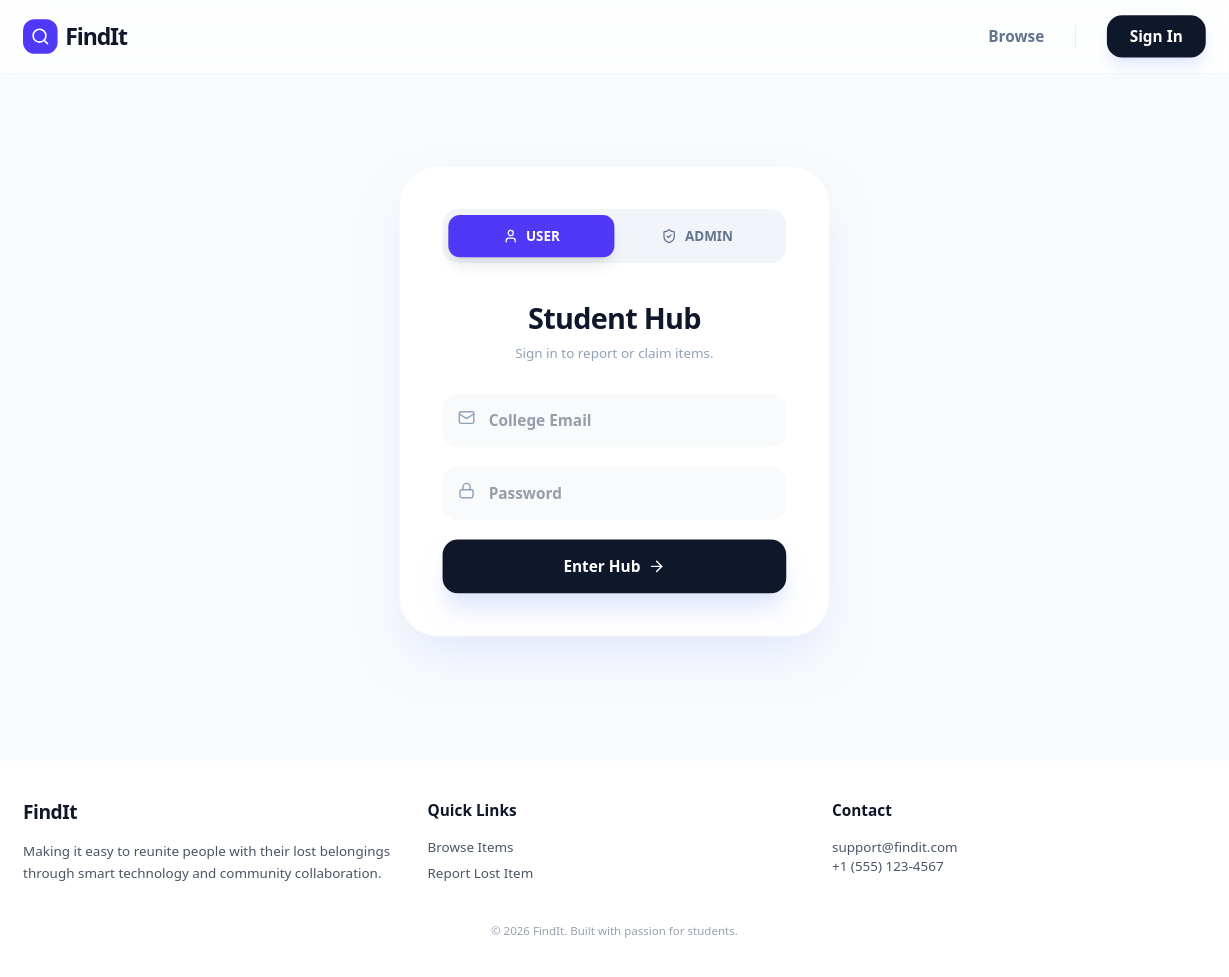
Repository: roygaurav007/lost-and-found
Page: /login (app in Frontend/client/)
An editor plug-in stored every save of this project. The page is shown before and after a run of saves, followed by the edit.
The browser window is 1280 px wide. The pictures show the whole page, at 96% of full size.
The project was rebuilt for these pictures with package versions that can differ from the ones it lists, and the page was loaded fresh each time. Also part of the build but not shown: Frontend/client/vite.config.js, Frontend/client/src/pages/Home.jsx, Frontend/client/src/utils/formSchemas.js, Frontend/client/src/pages/ReportItem.jsx, Frontend/client/src/pages/BrowseItems.jsx, Frontend/client/src/pages/AdminDashboard.jsx, Frontend/client/src/pages/UserDashboard.jsx.

Above is the page before, as saved 2026-02-02 16:58:14.

After the next 2 saves:
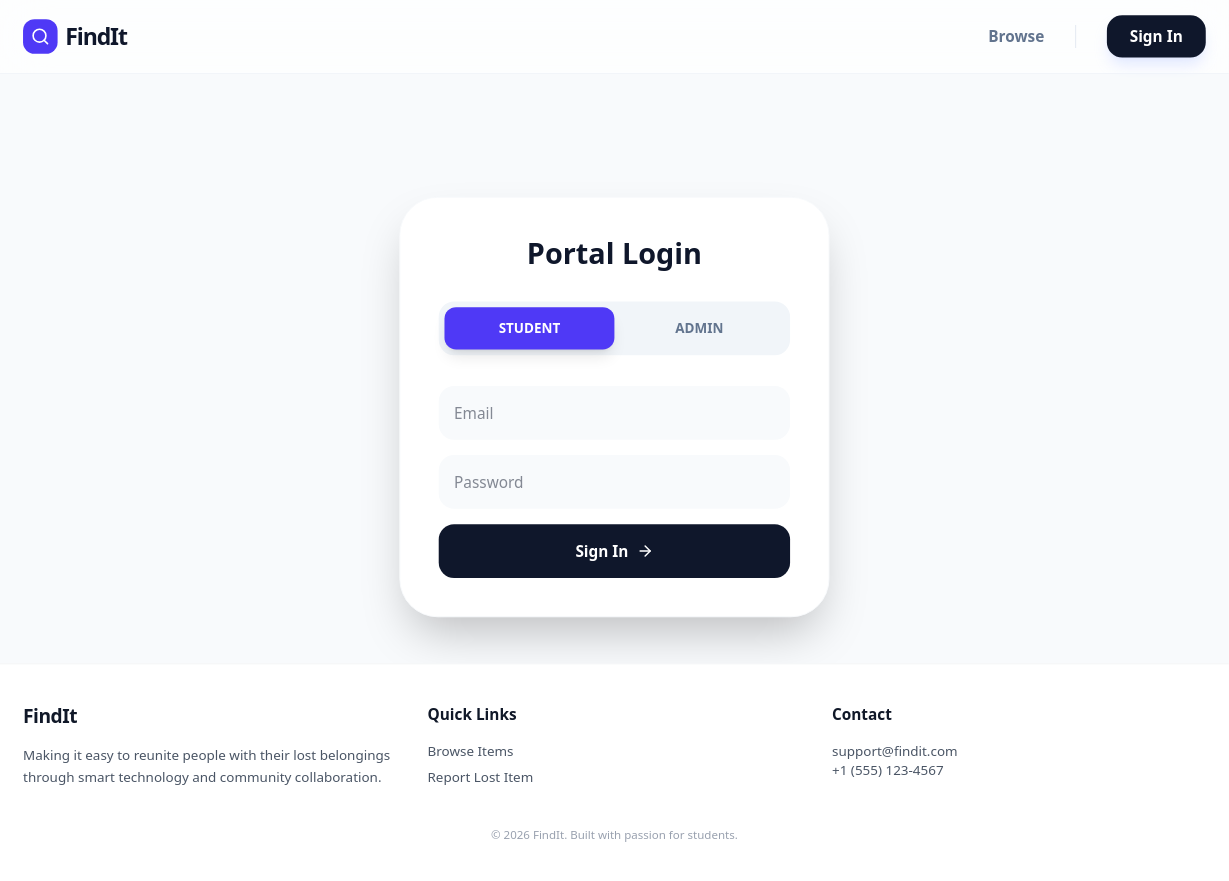
The 2 saves are shown as one change because they came seconds apart.
The last was saved 2 min 9 s later.
--- a/Frontend/client/src/pages/Login.jsx
+++ b/Frontend/client/src/pages/Login.jsx
@@ -1,75 +1,59 @@
 import { useState } from 'react';
-import { motion, AnimatePresence } from 'framer-motion';
-import { User, ShieldCheck, Lock, Mail, ArrowRight } from 'lucide-react';
-import toast from 'react-hot-toast';
+import { useNavigate } from 'react-router-dom';
+import { motion } from 'framer-motion';
+import { User, ShieldCheck, ArrowRight } from 'lucide-react';
 
-const Login = () => {
-  const [role, setRole] = useState('user'); // 'user' or 'admin'
+const Login = ({ onLogin }) => {
+  const [role, setRole] = useState('user'); // Toggle between student and admin
+  const navigate = useNavigate();
 
   const handleLogin = (e) => {
     e.preventDefault();
+
+    // 💡 1. This tells App.jsx to update the 'user' state
+    onLogin(role);
+
+    // 💡 2. This physically moves you to the new page
     if (role === 'admin') {
-      toast.success("Admin Portal Accessed");
-      // Logic to redirect to /admin will go here
+      navigate('/admin');
     } else {
-      toast.success("Welcome, User!");
-      // Logic to redirect to /report will go here
+      navigate('/student-hub');
     }
   };
 
   return (
-    <div className="max-w-md mx-auto mt-12 mb-20">
-      <motion.div
-        initial={{ opacity: 0, y: 20 }} animate={{ opacity: 1, y: 0 }}
-        className="bg-white p-1 rounded-[2.5rem] shadow-2xl shadow-indigo-100 border border-slate-50"
-      >
-        <div className="bg-white p-10 rounded-[2.3rem]">
-          {/* Role Switcher */}
-          <div className="flex bg-slate-100 p-1.5 rounded-2xl mb-10 relative">
-            <motion.div
-              animate={{ x: role === 'user' ? 0 : '100%' }}
-              className="absolute top-1.5 bottom-1.5 left-1.5 w-[calc(50%-6px)] bg-indigo-600 rounded-xl shadow-lg"
-            />
-            <button
-              onClick={() => setRole('user')}
-              className={`flex-1 py-3 text-sm font-black z-10 transition-colors flex items-center justify-center gap-2 ${role === 'user' ? 'text-white' : 'text-slate-500'}`}
-            >
-              <User size={16} /> USER
-            </button>
-            <button
-              onClick={() => setRole('admin')}
-              className={`flex-1 py-3 text-sm font-black z-10 transition-colors flex items-center justify-center gap-2 ${role === 'admin' ? 'text-white' : 'text-slate-500'}`}
-            >
-              <ShieldCheck size={16} /> ADMIN
-            </button>
-          </div>
+    <div className="max-w-md mx-auto mt-20">
+      <div className="bg-white p-10 rounded-[2.5rem] shadow-2xl border border-slate-50">
+        <h2 className="text-3xl font-black text-center mb-8">Portal Login</h2>
 
-          <div className="text-center mb-8">
-            <h2 className="text-3xl font-black text-slate-900 tracking-tight">
-              {role === 'admin' ? 'Staff Portal' : 'Student Hub'}
-            </h2>
-            <p className="text-slate-400 font-medium text-sm mt-2">
-              {role === 'admin' ? 'Secure access for verifiers only.' : 'Sign in to report or claim items.'}
-            </p>
-          </div>
+        {/* Role Selector */}
+        <div className="flex bg-slate-100 p-1.5 rounded-2xl mb-8 relative">
+          <motion.div
+            animate={{ x: role === 'user' ? 0 : '100%' }}
+            className="absolute top-1.5 bottom-1.5 left-1.5 w-[calc(50%-6px)] bg-indigo-600 rounded-xl shadow-lg"
+          />
+          <button
+            onClick={() => setRole('user')}
+            className={`flex-1 py-3 text-sm font-black z-10 ${role === 'user' ? 'text-white' : 'text-slate-500'}`}
+          >
+            STUDENT
+          </button>
+          <button
+            onClick={() => setRole('admin')}
+            className={`flex-1 py-3 text-sm font-black z-10 ${role === 'admin' ? 'text-white' : 'text-slate-500'}`}
+          >
+            ADMIN
+          </button>
+        </div>
 
-          <form onSubmit={handleLogin} className="space-y-5">
-            <div className="relative">
-              <Mail className="absolute left-4 top-4 text-slate-400" size={18} />
-              <input type="email" placeholder="College Email" className="w-full p-4 pl-12 bg-slate-50 border-none rounded-2xl focus:ring-2 focus:ring-indigo-500 outline-none font-bold text-slate-700 transition" required />
-            </div>
-            <div className="relative">
-              <Lock className="absolute left-4 top-4 text-slate-400" size={18} />
-              <input type="password" placeholder="Password" className="w-full p-4 pl-12 bg-slate-50 border-none rounded-2xl focus:ring-2 focus:ring-indigo-500 outline-none font-bold text-slate-700 transition" required />
-            </div>
-
-            <button type="submit" className="group w-full bg-slate-900 text-white py-4 rounded-2xl font-black flex items-center justify-center gap-2 hover:bg-indigo-600 hover:-translate-y-1 transition-all active:scale-95 shadow-xl shadow-indigo-100">
-              {role === 'admin' ? 'Unlock Dashboard' : 'Enter Hub'}
-              <ArrowRight size={18} className="group-hover:translate-x-1 transition-transform" />
-            </button>
-          </form>
-        </div>
-      </motion.div>
+        <form onSubmit={handleLogin} className="space-y-4">
+          <input type="email" placeholder="Email" className="w-full p-4 bg-slate-50 rounded-2xl outline-none focus:ring-2 focus:ring-indigo-500" required />
+          <input type="password" placeholder="Password" className="w-full p-4 bg-slate-50 rounded-2xl outline-none focus:ring-2 focus:ring-indigo-500" required />
+          <button type="submit" className="w-full bg-slate-900 text-white py-4 rounded-2xl font-black flex items-center justify-center gap-2 hover:bg-indigo-600 transition">
+            Sign In <ArrowRight size={18} />
+          </button>
+        </form>
+      </div>
     </div>
   );
 };
